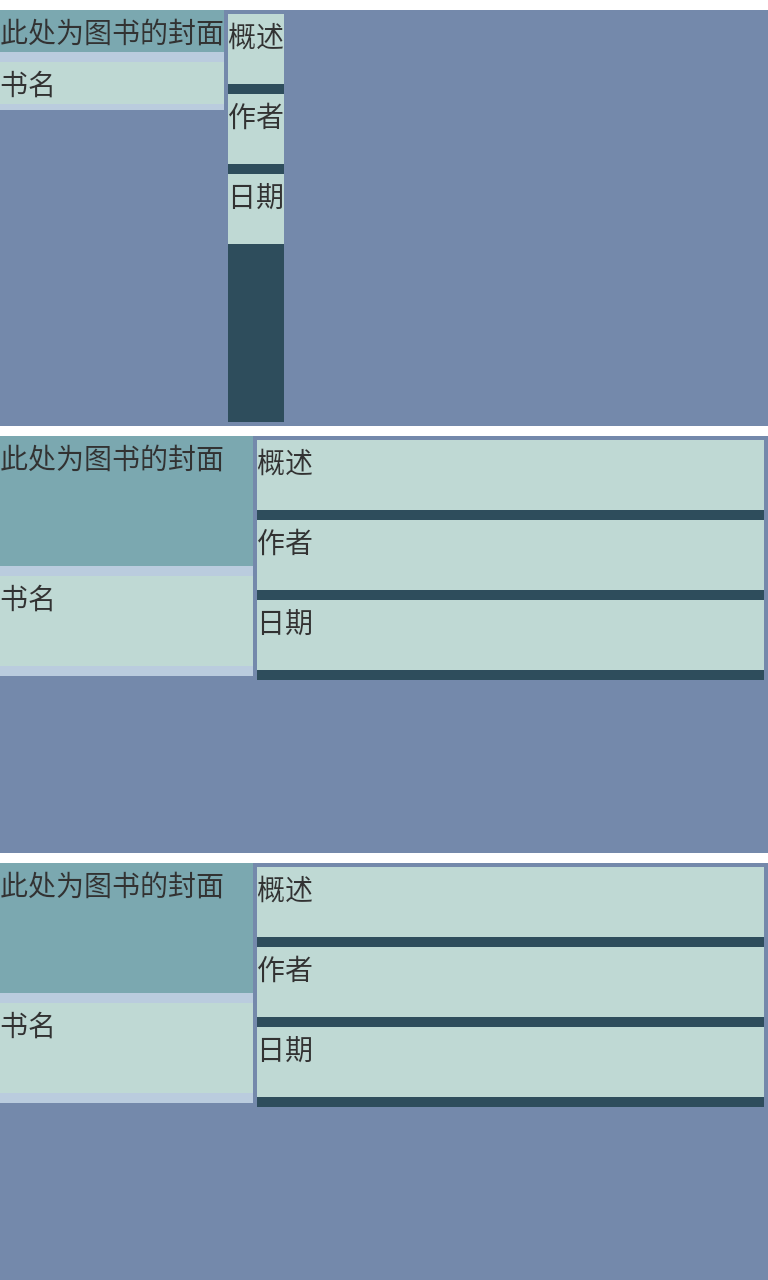
Repository: ling-cen/demo
Layout: Books_view/res/layout/activity_layout.xml
The author's editor kept a copy of each file at every save. The layout is drawn from the files as they stood at one save, then again after the next save.
It is drawn on a 768 x 1280 px phone screen (xhdpi) without system bars, with theme AppTheme; the app's code is not run.

Above is the layout before, as saved 2018-12-12 16:14:15.

After the next save:
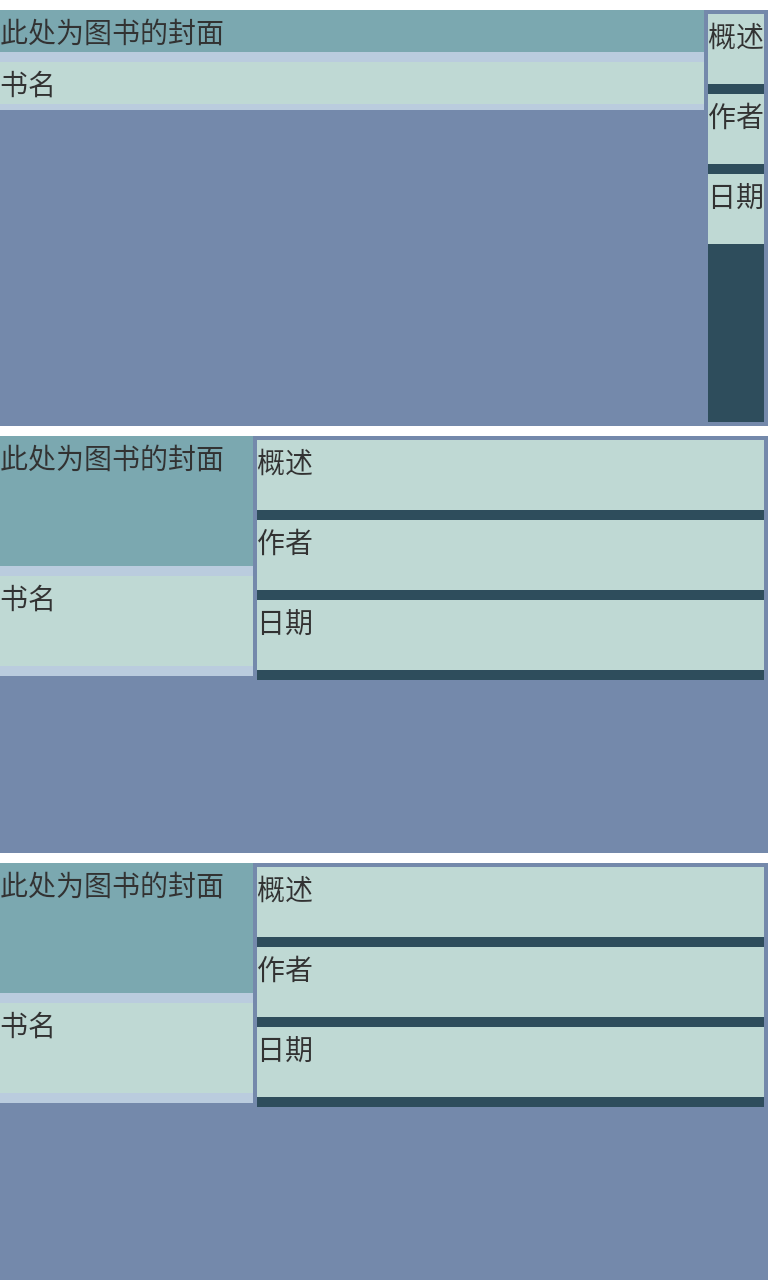
Saved 27 s later.
--- a/Books_view/res/layout/activity_layout.xml
+++ b/Books_view/res/layout/activity_layout.xml
@@ -15,6 +15,7 @@
         <LinearLayout
             android:layout_width="wrap_content"
             android:layout_height="wrap_content"
+            android:layout_weight="2"
             android:background="#baccde"
             android:orientation="vertical" >
             <TextView

After the save that followed:
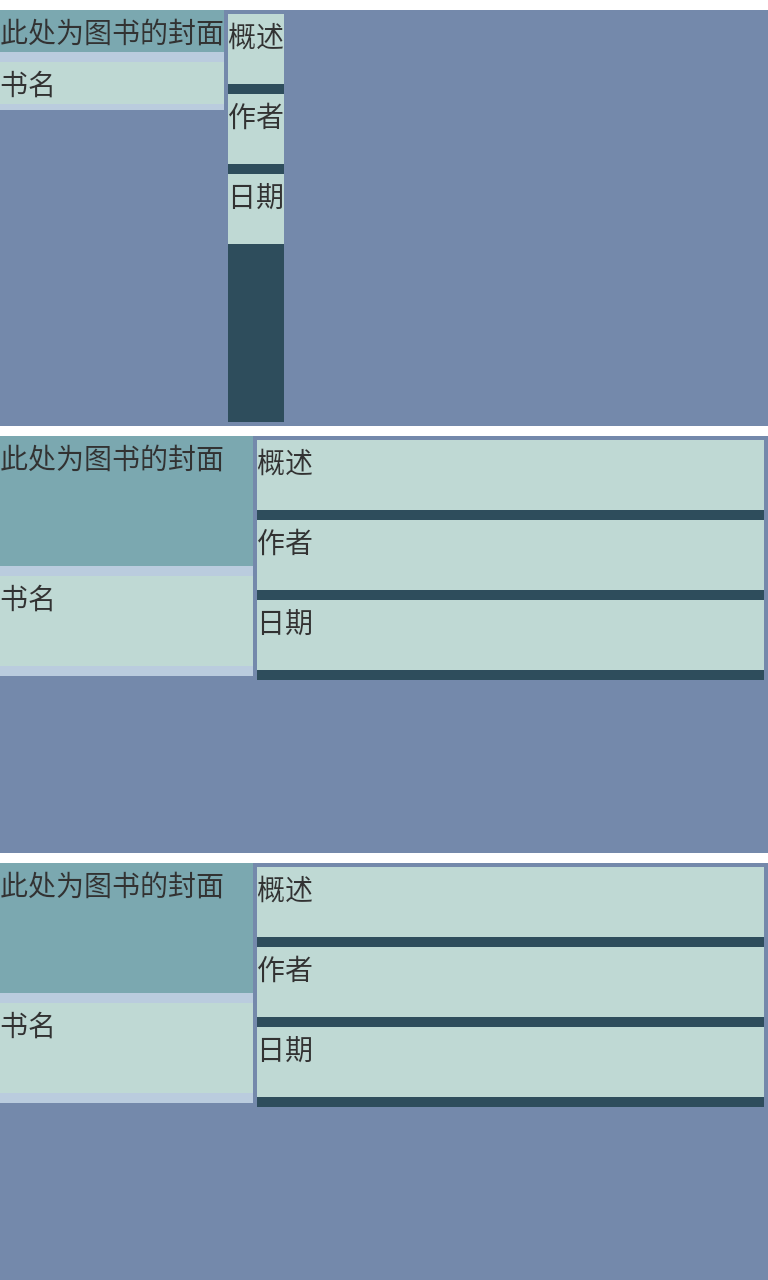
Saved 9 s later.
--- a/Books_view/res/layout/activity_layout.xml
+++ b/Books_view/res/layout/activity_layout.xml
@@ -15,7 +15,6 @@
         <LinearLayout
             android:layout_width="wrap_content"
             android:layout_height="wrap_content"
-            android:layout_weight="2"
             android:background="#baccde"
             android:orientation="vertical" >
             <TextView
